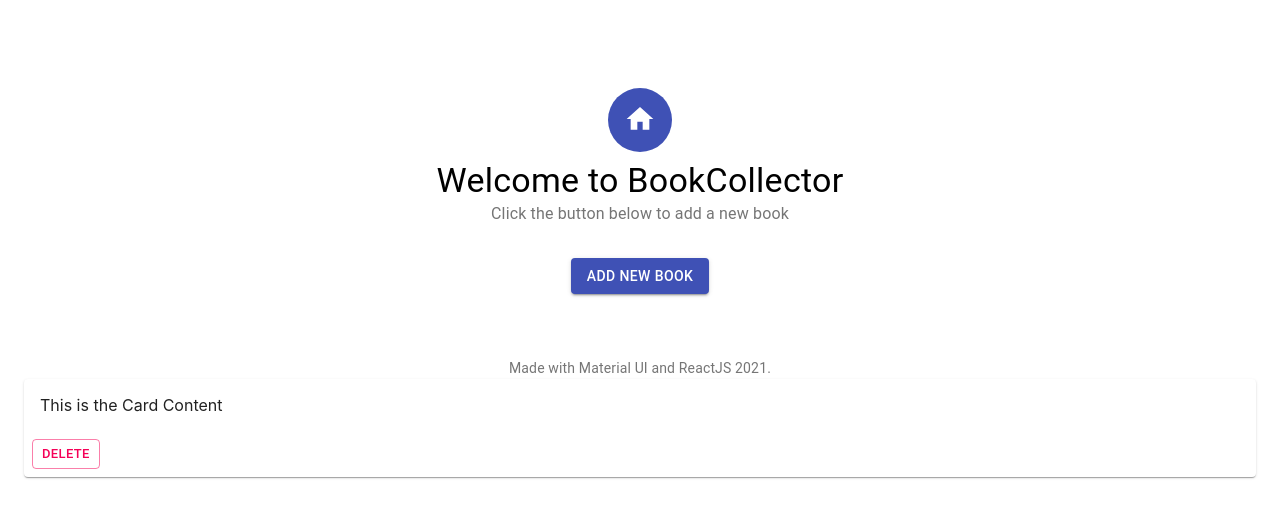
Repository: Colo-Codes/mini-project-react-book-collector
Page: /
These files come from the project's save history. The page is drawn as it stood at one moment and after the next save; the edit follows.
The browser window is 1280 px wide. The pictures show the whole page.
The project was rebuilt for these pictures with package versions that can differ from the ones it lists, and the page was loaded fresh each time. Also part of the build but not shown: src/Books/AddBookForm.js.

Above is the page before, as saved 2021-08-25 08:41:34.

### src/App.js
import React, { useState } from 'react';

import { Box, Button, makeStyles, Container, Grid, Card, CardContent, CardActions } from '@material-ui/core';
import { Home } from '@material-ui/icons';

import AddBookForm from './Books/AddBookForm';
import Copyright from './UI/Copyright';
import Header from './UI/Header';

const useStyles = makeStyles(theme => ({
  paper: {
    marginTop: theme.spacing(10),
    display: 'flex',
    flexDirection: 'column',
    alignItems: 'center',
  },
  icon: {
    color: 'white',
    width: theme.spacing(4),
    height: theme.spacing(4),
  },
  button: {
    marginTop: theme.spacing(4),
  }
}));

function App() {
  const [showAddBookForm, setShowAddBookForm] = useState(false);

  const classes = useStyles();

  const addNewBookHandler = () => {
    setShowAddBookForm(true);
  }

  return (
    <React.Fragment>
      <header className={classes.paper}>
        {showAddBookForm && <AddBookForm />} {/* Conditional Rendering */}
        {!showAddBookForm && <Header headerIcon={<Home className={classes.icon} />} headerContent={'Welcome to BookCollector'} textContent={'Click the button below to add a new book'} />} {/* Conditional Rendering */}
        {!showAddBookForm && <Button variant="contained" color="primary" onClick={addNewBookHandler} className={classes.button} >Add new book</Button>} {/* Conditional Rendering */}
        <Box mt={8}><Copyright /></Box>
      </header>
      <main>
        <Container>
          <Grid>
            <Card>
              <CardContent>
                This is the Card Content
              </CardContent>
              <CardActions>
                <Button variant="outlined" size="small" color="secondary">
                  Delete
                </Button>
              </CardActions>
            </Card>

          </Grid>

        </Container>
      </main>

    </React.Fragment>
  );
}

export default App;

### src/UI/Copyright.js
import { Typography } from "@material-ui/core";
import { Link } from "@material-ui/core";

function Copyright() {
    return (
        <Typography variant="body2" color="textSecondary" align="center">
            {'Made with '}
            <Link color="inherit" href="https://material-ui.com/" target="_blank">
                Material UI
            </Link>{' and '}
            <Link color="inherit" href="https://reactjs.org/" target="_blank">
                ReactJS
            </Link>{' '}
            {new Date().getFullYear()}
            {'.'}
        </Typography>
    );
}

export default Copyright;

### src/UI/Header.js
import { Avatar, Typography, makeStyles } from "@material-ui/core";
import { Home } from '@material-ui/icons';

const useStyles = makeStyles(theme => ({
    paper: {
        // marginTop: theme.spacing(10),
        display: 'flex',
        flexDirection: 'column',
        alignItems: 'center',
    },
    avatar: {
        margin: theme.spacing(1),
        width: theme.spacing(8),
        height: theme.spacing(8),
        backgroundColor: theme.palette.primary.main,
    },
    lightGray: {
        color: theme.palette.text.secondary,
    },
}));

const Header = props => {
    const classes = useStyles();

    return (
        <div className={classes.paper}>
            <Avatar className={classes.avatar}>
                <div className={classes.icon}>{props.headerIcon}</div>
            </Avatar>
            <Typography variant="h4" component="h2">{props.headerContent}</Typography>
            <Typography variant="body1" className={classes.lightGray}>{props.textContent}</Typography>
        </div>
    );
}

export default Header;

Loaded but not shown: public/index.html (common file); src/index.js (common file); src/index.css (common file)

After the next save:
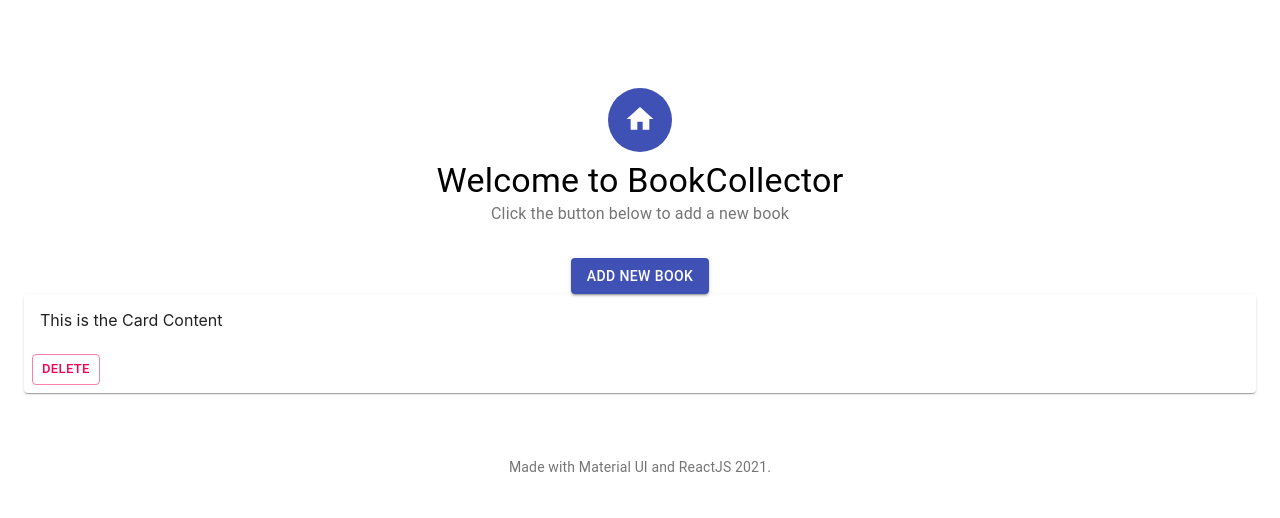
Saved 27 s later.
--- a/src/App.js
+++ b/src/App.js
@@ -39,7 +39,6 @@ function App() {
         {showAddBookForm && <AddBookForm />} {/* Conditional Rendering */}
         {!showAddBookForm && <Header headerIcon={<Home className={classes.icon} />} headerContent={'Welcome to BookCollector'} textContent={'Click the button below to add a new book'} />} {/* Conditional Rendering */}
         {!showAddBookForm && <Button variant="contained" color="primary" onClick={addNewBookHandler} className={classes.button} >Add new book</Button>} {/* Conditional Rendering */}
-        <Box mt={8}><Copyright /></Box>
       </header>
       <main>
         <Container>
@@ -59,7 +58,9 @@ function App() {
 
         </Container>
       </main>
-
+      <footer>
+        <Box mt={8}><Copyright /></Box>
+      </footer>
     </React.Fragment>
   );
 }
